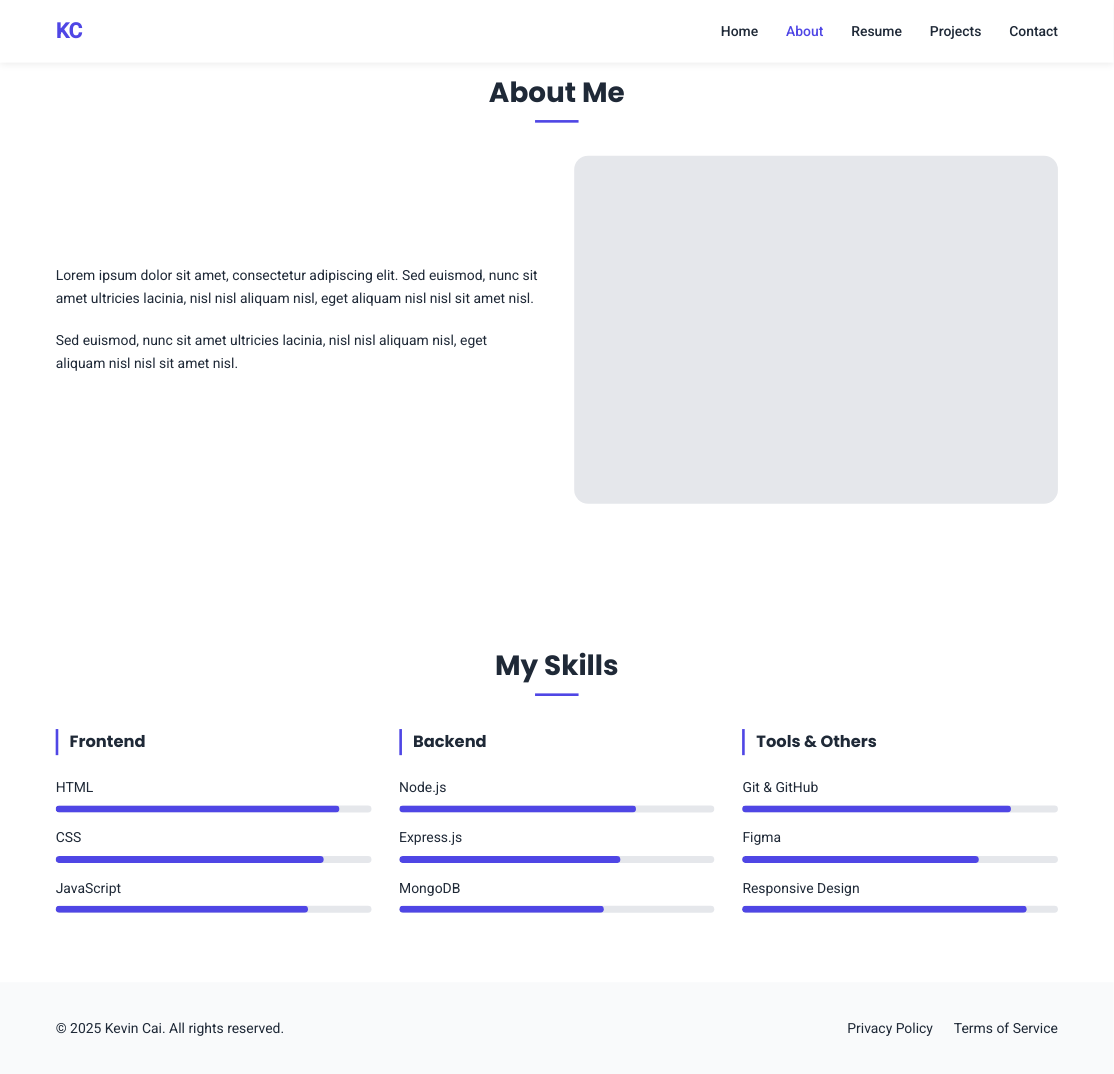
Repository: itskevbo/E-Portfolio
Page: pages/about.html
An editor plug-in stored every save of this project. The page is shown before and after the next save, followed by the edit.
The browser window is 1280 px wide. The pictures show the whole page, at 87% of full size.

Above is the page before, as saved 2025-04-22 21:55:21.

### pages/about.html
<!DOCTYPE html>
<html lang="en">
<head>
    <meta charset="UTF-8">
    <meta name="viewport" content="width=device-width, initial-scale=1.0">
    <title>Kevin Cai | About Me</title>
    <meta name="description" content="Learn more about Kevin Cai and his background">

    <!-- Favicon -->
    <link rel="icon" href="../assets/images/favicon.ico">

    <!-- CSS -->
    <link rel="stylesheet" href="../styles/main.css">

    <!-- Google Fonts -->
    <link rel="preconnect" href="https://fonts.googleapis.com">
    <link rel="preconnect" href="https://fonts.gstatic.com" crossorigin>
    <link href="https://fonts.googleapis.com/css2?family=Poppins:wght@300;400;500;700&family=Roboto:wght@400;500&display=swap" rel="stylesheet">
</head>
<body>
    <!-- Header Component -->
    <header class="header" id="header">
        <div class="container">
            <div class="header__logo">
                <a href="../index.html" class="logo">KC</a>
            </div>

            <nav class="header__nav" id="nav-menu">
                <ul class="header__nav-list">
                    <li class="header__nav-item"><a href="../index.html" class="header__nav-link">Home</a></li>
                    <li class="header__nav-item"><a href="about.html" class="header__nav-link active">About</a></li>
                    <li class="header__nav-item"><a href="resume.html" class="header__nav-link">Resume</a></li>
                    <li class="header__nav-item"><a href="projects.html" class="header__nav-link">Projects</a></li>
                    <li class="header__nav-item"><a href="contact.html" class="header__nav-link">Contact</a></li>
                </ul>

                <div class="header__nav-toggle" id="nav-toggle">
                    <span></span>
                    <span></span>
                    <span></span>
                </div>
            </nav>
        </div>
    </header>

    <main>
        <!-- About Section Component -->
        <section class="about section" id="about">
            <div class="container">
                <h2 class="section__title">About Me</h2>
                <div class="about__content">
                    <div class="about__text">
                        <p>Lorem ipsum dolor sit amet, consectetur adipiscing elit. Sed euismod, nunc sit amet ultricies lacinia, nisl nisl aliquam nisl, eget aliquam nisl nisl sit amet nisl.</p>
                        <p>Sed euismod, nunc sit amet ultricies lacinia, nisl nisl aliquam nisl, eget aliquam nisl nisl sit amet nisl.</p>
                    </div>
                    <div class="about__image">
                        <!-- Placeholder for about image -->
                        <div class="about__image-placeholder"></div>
                    </div>
                </div>
            </div>
        </section>

        <!-- Skills Section Component -->
        <section class="skills section" id="skills">
            <div class="container">
                <h2 class="section__title">My Skills</h2>
                <div class="skills__content">
                    <div class="skills__category">
                        <h3 class="skills__category-title">Frontend</h3>
                        <div class="skills__list">
                            <div class="skill-item">
                                <span class="skill-item__name">HTML</span>
                                <div class="skill-item__bar">
                                    <div class="skill-item__progress" style="width: 90%"></div>
                                </div>
                            </div>
                            <div class="skill-item">
                                <span class="skill-item__name">CSS</span>
                                <div class="skill-item__bar">
                                    <div class="skill-item__progress" style="width: 85%"></div>
                                </div>
                            </div>
                            <div class="skill-item">
                                <span class="skill-item__name">JavaScript</span>
                                <div class="skill-item__bar">
                                    <div class="skill-item__progress" style="width: 80%"></div>
                                </div>
                            </div>
                            <!-- More skills would go here -->
                        </div>
                    </div>

                    <div class="skills__category">
                        <h3 class="skills__category-title">Backend</h3>
                        <div class="skills__list">
                            <div class="skill-item">
                                <span class="skill-item__name">Node.js</span>
                                <div class="skill-item__bar">
                                    <div class="skill-item__progress" style="width: 75%"></div>
                                </div>
                            </div>
                            <div class="skill-item">
                                <span class="skill-item__name">Express.js</span>
                                <div class="skill-item__bar">
                                    <div class="skill-item__progress" style="width: 70%"></div>
                                </div>
                            </div>
                            <div class="skill-item">
                                <span class="skill-item__name">MongoDB</span>
                                <div class="skill-item__bar">
                                    <div class="skill-item__progress" style="width: 65%"></div>
                                </div>
                            </div>
                            <!-- More skills would go here -->
                        </div>
                    </div>

                    <div class="skills__category">
                        <h3 class="skills__category-title">Tools & Others</h3>
                        <div class="skills__list">
                            <div class="skill-item">
                                <span class="skill-item__name">Git & GitHub</span>
                                <div class="skill-item__bar">
                                    <div class="skill-item__progress" style="width: 85%"></div>
                                </div>
                            </div>
                            <div class="skill-item">
                                <span class="skill-item__name">Figma</span>
                                <div class="skill-item__bar">
                                    <div class="skill-item__progress" style="width: 75%"></div>
                                </div>
                            </div>
                            <div class="skill-item">
                                <span class="skill-item__name">Responsive Design</span>
                                <div class="skill-item__bar">
                                    <div class="skill-item__progress" style="width: 90%"></div>
                                </div>
                            </div>
                            <!-- More skills would go here -->
                        </div>
                    </div>
                </div>
            </div>
        </section>
    </main>

    <!-- Footer Component -->
    <footer class="footer">
        <div class="container">
            <div class="footer__content">
                <p>&copy; 2025 Kevin Cai. All rights reserved.</p>
                <div class="footer__links">
                    <a href="#" class="footer__link">Privacy Policy</a>
                    <a href="#" class="footer__link">Terms of Service</a>
                </div>
            </div>
        </div>
    </footer>

    <!-- JS -->
    <script src="../scripts/main.js"></script>
</body>
</html>

### styles/main.css
/*=============== VARIABLES ===============*/
:root {
    /* Colors */
    --primary-color: #4f46e5;
    --primary-color-alt: #2f24a5;
    --secondary-color: #3b82f6;
    --accent-color: #8b5cf6;
    --text-color: #1f2937;
    --text-color-light: #6b7280;
    --body-color: #ffffff;
    --container-color: #f9fafb;
    --border-color: #e5e7eb;
    --success-color: #10b981;
    --error-color: #ef4444;

    /* Typography */
    --body-font: 'Roboto', sans-serif;
    --heading-font: 'Poppins', sans-serif;
    --h1-font-size: 2.5rem;
    --h2-font-size: 2rem;
    --h3-font-size: 1.5rem;
    --normal-font-size: 1rem;
    --small-font-size: 0.875rem;
    --smaller-font-size: 0.75rem;

    /* Font weights */
    --font-light: 300;
    --font-regular: 400;
    --font-medium: 500;
    --font-bold: 700;

    /* Z-index */
    --z-tooltip: 10;
    --z-fixed: 100;

    /* Transitions */
    --transition: all 0.3s ease;
}

/*=============== BASE ===============*/
* {
    margin: 0;
    padding: 0;
    box-sizing: border-box;
}

html {
    scroll-behavior: smooth;
}

body {
    font-family: var(--body-font);
    font-size: var(--normal-font-size);
    color: var(--text-color);
    background-color: var(--body-color);
    line-height: 1.6;
}

h1, h2, h3 {
    font-family: var(--heading-font);
    font-weight: var(--font-bold);
    color: var(--text-color);
}

ul {
    list-style: none;
}

a {
    text-decoration: none;
    color: var(--text-color);
    transition: var(--transition);
}

a:hover {
    color: var(--primary-color);
}

img {
    max-width: 100%;
    height: auto;
}

button,
input,
textarea {
    font-family: var(--body-font);
    font-size: var(--normal-font-size);
    outline: none;
    border: none;
}

button {
    cursor: pointer;
    background: none;
}

/*=============== REUSABLE CLASSES ===============*/
.container {
    max-width: 1200px;
    margin: 0 auto;
    padding: 0 1.5rem;
}

.section {
    padding: 5rem 0;
}

.section__title {
    font-size: var(--h2-font-size);
    text-align: center;
    margin-bottom: 3rem;
    position: relative;
}

.section__title::after {
    content: '';
    position: absolute;
    width: 50px;
    height: 3px;
    background-color: var(--primary-color);
    bottom: -10px;
    left: 50%;
    transform: translateX(-50%);
}

.highlight {
    color: var(--primary-color);
}

.grid {
    display: grid;
    gap: 1.5rem;
}

/*=============== BUTTONS ===============*/
.btn {
    display: inline-flex;
    align-items: center;
    justify-content: center;
    padding: 0.75rem 1.5rem;
    border-radius: 0.5rem;
    font-weight: var(--font-medium);
    transition: var(--transition);
}

.btn-primary {
    background-color: var(--primary-color);
    color: white;
}

.btn-primary:hover {
    background-color: var(--primary-color-alt);
    color: white;
}

.btn-outline {
    border: 2px solid var(--primary-color);
    color: var(--primary-color);
}

.btn-outline:hover {
    background-color: var(--primary-color);
    color: white;
}

/*=============== HEADER & NAV ===============*/
.header {
    position: fixed;
    top: 0;
    left: 0;
    width: 100%;
    background-color: var(--body-color);
    box-shadow: 0 2px 10px rgba(0, 0, 0, 0.1);
    z-index: var(--z-fixed);
}

.header .container {
    display: flex;
    align-items: center;
    justify-content: space-between;
    height: 4.5rem;
}

.header__logo .logo {
    font-size: 1.5rem;
    font-weight: var(--font-bold);
    color: var(--primary-color);
}

.header__nav {
    display: flex;
    align-items: center;
}

.header__nav-list {
    display: flex;
    gap: 2rem;
}

.header__nav-link {
    font-weight: var(--font-medium);
}

.header__nav-link.active {
    color: var(--primary-color);
}

.header__nav-toggle {
    display: none;
    flex-direction: column;
    gap: 5px;
    cursor: pointer;
}

.header__nav-toggle span {
    width: 25px;
    height: 2px;
    background-color: var(--text-color);
    transition: var(--transition);
}

/*=============== HERO ===============*/
.hero {
    min-height: 100vh;
    display: flex;
    align-items: center;
    padding-top: 4.5rem;
}

.hero .container {
    display: grid;
    grid-template-columns: 1fr 1fr;
    align-items: center;
    gap: 2.5rem;
}

.hero__title {
    font-size: var(--h1-font-size);
    margin-bottom: 1rem;
}

.hero__subtitle {
    font-size: var(--h3-font-size);
    color: var(--primary-color);
    margin-bottom: 1.5rem;
}

.hero__description {
    margin-bottom: 2rem;
    max-width: 400px;
}

.hero__actions {
    display: flex;
    gap: 1rem;
}

.hero__image-placeholder {
    background-color: var(--border-color);
    border-radius: 1rem;
    height: 400px;
    width: 100%;
}

/*=============== ABOUT ===============*/
.about__content {
    display: grid;
    grid-template-columns: 1fr 1fr;
    gap: 2.5rem;
    align-items: center;
}

.about__text p {
    margin-bottom: 1.5rem;
}

.about__image-placeholder {
    background-color: var(--border-color);
    border-radius: 1rem;
    height: 400px;
    width: 100%;
}

/*=============== PROJECTS ===============*/
.projects__filter {
    display: flex;
    justify-content: center;
    flex-wrap: wrap;
    gap: 1rem;
    margin-bottom: 2rem;
}

.projects__filter-btn {
    padding: 0.5rem 1.5rem;
    border-radius: 0.5rem;
    color: var(--text-color);
    font-weight: var(--font-medium);
    transition: var(--transition);
}

.projects__filter-btn:hover,
.projects__filter-btn.active {
    background-color: var(--primary-color);
    color: white;
}

.projects__grid {
    display: grid;
    grid-template-columns: repeat(auto-fill, minmax(280px, 1fr));
    gap: 2rem;
}

.project-card {
    background-color: var(--container-color);
    border-radius: 1rem;
    overflow: hidden;
    box-shadow: 0 4px 15px rgba(0, 0, 0, 0.1);
    transition: var(--transition);
}

.project-card:hover {
    transform: translateY(-10px);
    box-shadow: 0 10px 25px rgba(0, 0, 0, 0.2);
}

.project-card__image-placeholder {
    background-color: var(--border-color);
    height: 200px;
    width: 100%;
}

.project-card__content {
    padding: 1.5rem;
}

.project-card__title {
    margin-bottom: 0.75rem;
}

.project-card__description {
    color: var(--text-color-light);
    margin-bottom: 1rem;
}

.project-card__tags {
    display: flex;
    flex-wrap: wrap;
    gap: 0.5rem;
    margin-bottom: 1rem;
}

.tag {
    background-color: rgba(79, 70, 229, 0.1);
    color: var(--primary-color);
    padding: 0.25rem 0.75rem;
    border-radius: 0.5rem;
    font-size: var(--small-font-size);
}

.project-card__links {
    display: flex;
    gap: 1rem;
}

.project-card__link {
    color: var(--text-color-light);
}

.project-card__link:hover {
    color: var(--primary-color);
}

/*=============== SKILLS ===============*/
.skills__content {
    display: grid;
    grid-template-columns: repeat(auto-fit, minmax(300px, 1fr));
    gap: 2rem;
}

.skills__category-title {
    margin-bottom: 1.5rem;
    position: relative;
    display: inline-block;
    padding-left: 1rem;
}

.skills__category-title::before {
    content: '';
    position: absolute;
    width: 3px;
    height: 100%;
    background-color: var(--primary-color);
    left: 0;
    top: 0;
}

.skills__list {
    display: grid;
    gap: 1rem;
}

.skill-item {
    display: grid;
    gap: 0.5rem;
}

.skill-item__name {
    display: flex;
    justify-content: space-between;
}

.skill-item__bar {
    width: 100%;
    height: 8px;
    background-color: var(--border-color);
    border-radius: 1rem;
    overflow: hidden;
}

.skill-item__progress {
    height: 100%;
    background-color: var(--primary-color);
    border-radius: 1rem;
}

/*=============== CONTACT ===============*/
.contact__content {
    display: grid;
    grid-template-columns: 1fr 2fr;
    gap: 2.5rem;
}

.contact__info {
    display: grid;
    gap: 2rem;
}

.contact__info-item {
    display: flex;
    align-items: center;
    gap: 1rem;
}

.contact__social {
    display: flex;
    gap: 1rem;
}

.contact__social-link {
    display: flex;
    align-items: center;
    justify-content: center;
    width: 40px;
    height: 40px;
    border-radius: 50%;
    background-color: var(--container-color);
    color: var(--text-color);
    transition: var(--transition);
}

.contact__social-link:hover {
    background-color: var(--primary-color);
    color: white;
}

.contact__form {
    display: grid;
    gap: 1.5rem;
}

.form-group {
    display: grid;
    gap: 0.5rem;
}

.form-group label {
    font-weight: var(--font-medium);
}

.form-group input,
.form-group textarea {
    width: 100%;
    padding: 0.75rem 1rem;
    border: 1px solid var(--border-color);
    border-radius: 0.5rem;
    background-color: var(--container-color);
    transition: var(--transition);
}

.form-group input:focus,
.form-group textarea:focus {
    border-color: var(--primary-color);
}

.form-group textarea {
    height: 150px;
    resize: none;
}

/*=============== FOOTER ===============*/
.footer {
    background-color: var(--container-color);
    padding: 2.5rem 0;
}

.footer__content {
    display: flex;
    justify-content: space-between;
    align-items: center;
}

.footer__links {
    display: flex;
    gap: 1.5rem;
}

/*=============== MEDIA QUERIES ===============*/
/* For medium devices */
@media screen and (max-width: 968px) {
    :root {
        --h1-font-size: 2.25rem;
        --h2-font-size: 1.75rem;
        --h3-font-size: 1.25rem;
    }

    .hero .container,
    .about__content {
        grid-template-columns: 1fr;
    }

    .hero__image {
        grid-row: 1;
    }

    .contact__content {
        grid-template-columns: 1fr;
    }
}

/* For small devices */
@media screen and (max-width: 768px) {
    .header__nav-list {
        position: fixed;
        top: 4.5rem;
        right: -100%;
        background-color: var(--body-color);
        width: 80%;
        height: 100vh;
        flex-direction: column;
        align-items: center;
        justify-content: center;
        padding: 3rem 0;
        box-shadow: -5px 0 15px rgba(0, 0, 0, 0.1);
        transition: var(--transition);
    }

    .header__nav-list.show-menu {
        right: 0;
    }

    .header__nav-toggle {
        display: flex;
    }

    .header__nav-toggle.active span:nth-child(1) {
        transform: rotate(45deg) translate(5px, 5px);
    }

    .header__nav-toggle.active span:nth-child(2) {
        opacity: 0;
    }

    .header__nav-toggle.active span:nth-child(3) {
        transform: rotate(-45deg) translate(5px, -5px);
    }

    .footer__content {
        flex-direction: column;
        gap: 1rem;
    }
}

/* For smaller devices */
@media screen and (max-width: 350px) {
    :root {
        --h1-font-size: 2rem;
        --h2-font-size: 1.5rem;
        --h3-font-size: 1.25rem;
    }

    .container {
        padding: 0 1rem;
    }

    .hero__actions {
        flex-direction: column;
        width: 100%;
    }

    .hero__actions .btn {
        width: 100%;
        text-align: center;
    }

    .projects__filter {
        flex-direction: column;
        width: 100%;
    }
}

Loaded but not shown: scripts/main.js (180 lines, source omitted)

After the next save:
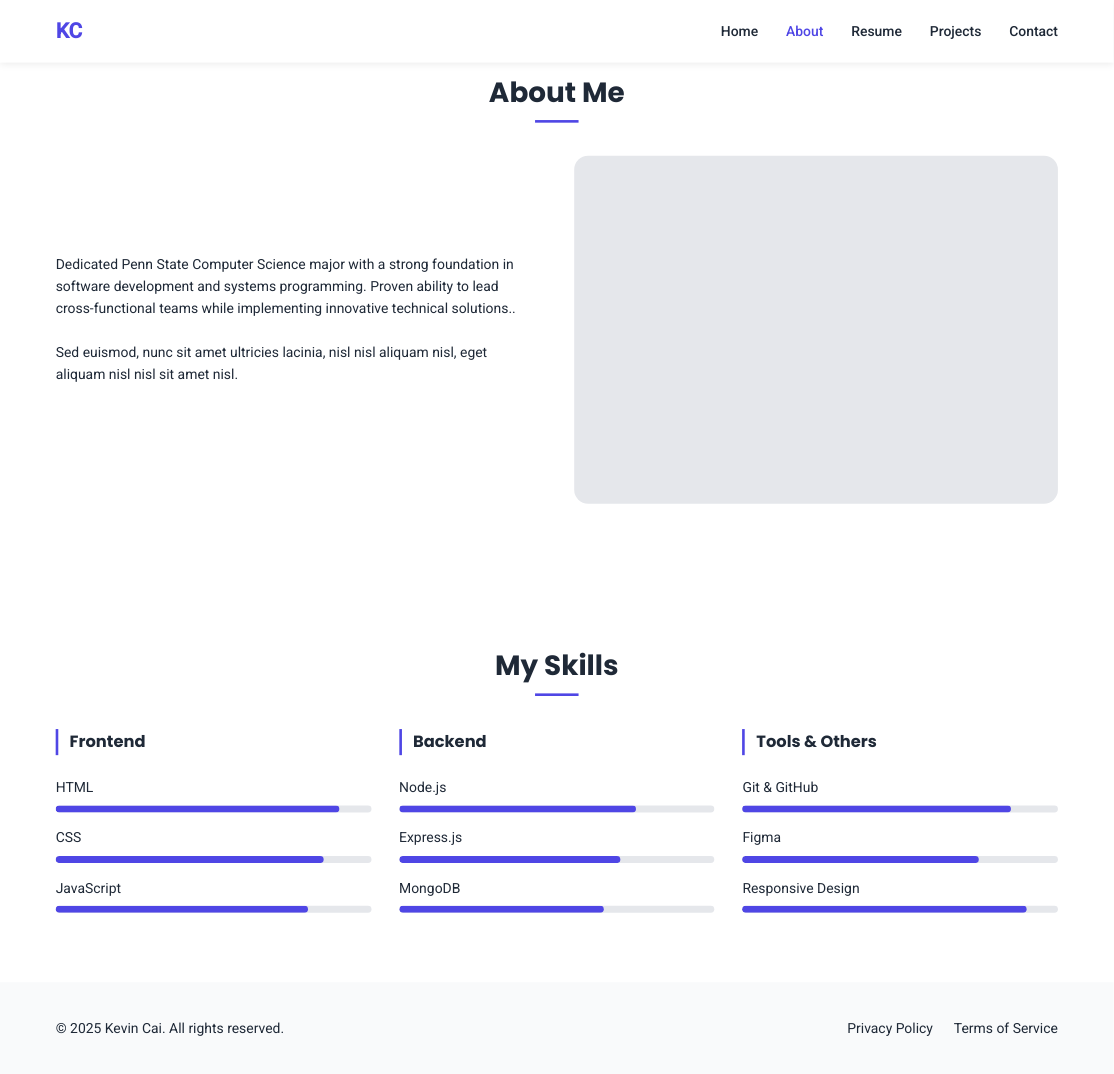
Saved 10 min 26 s later.
--- a/pages/about.html
+++ b/pages/about.html
@@ -50,7 +50,8 @@
                 <h2 class="section__title">About Me</h2>
                 <div class="about__content">
                     <div class="about__text">
-                        <p>Lorem ipsum dolor sit amet, consectetur adipiscing elit. Sed euismod, nunc sit amet ultricies lacinia, nisl nisl aliquam nisl, eget aliquam nisl nisl sit amet nisl.</p>
+                        <p>Dedicated Penn State Computer Science major with a strong foundation in software development and systems
+programming. Proven ability to lead cross-functional teams while implementing innovative technical solutions..</p>
                         <p>Sed euismod, nunc sit amet ultricies lacinia, nisl nisl aliquam nisl, eget aliquam nisl nisl sit amet nisl.</p>
                     </div>
                     <div class="about__image">
